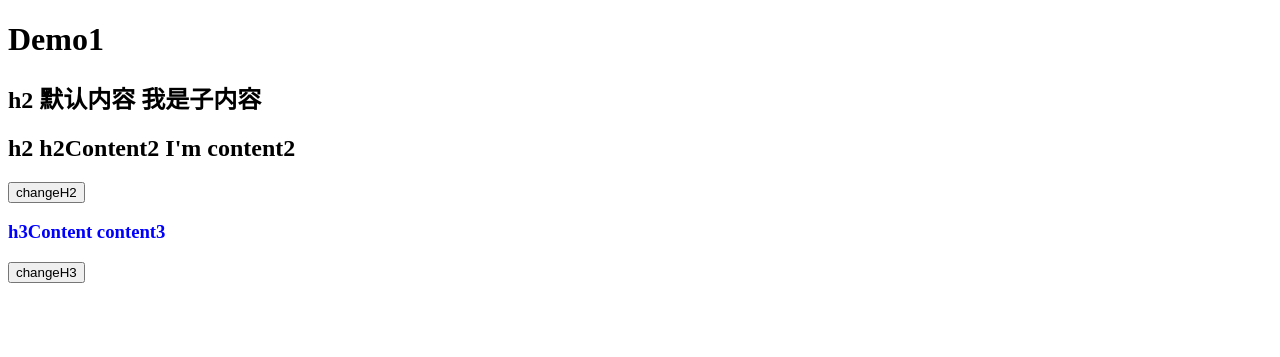
Repository: SlimShadyBaby/study-vue
Page: code/003-JavaScript/demo1.html
The author's editor kept a copy of each file at every save. The page is drawn from the files as they stood at one save, then again after the next save.
The browser window is 1280 px wide. The pictures show the whole page.
After loading, the first visible `input[onclick="changeH3();"]` was clicked once.

Above is the page before, as saved 2021-09-07 20:08:11.

### code/003-JavaScript/demo1.html
<!DOCTYPE html>
<html lang="en">
<head>
    <meta charset="UTF-8">
    <meta http-equiv="X-UA-Compatible" content="IE=edge">
    <meta name="viewport" content="width=device-width, initial-scale=1.0">
    <title>Document</title>

    <script type="text/javascript">
        function changeH2() {
            document.getElementById("h2Content").innerHTML="<span style='color:yellow;'>h1</span>改变后的内容";
            document.getElementById("h2Content2").innerText="<span style='color;yellow;'>h1</span>changed";
        }

        function changeH3() {
            document.getElementById("h3Content").style.color="blue";
            document.getElementById("h3Content").style.frontSize="30px";
        }
    </script>
</head>
<body>
    <h1>Demo1</h1>
    <h2 id="h2Content">
        h2 默认内容
        <span>我是子内容</span>
    </h2>
    <h2 id="h2Content2">
        h2 h2Content2
        <span>I'm content2</span>
    </h2>
    <input type="button" value="changeH2" onclick="changeH2();">

    <h3 id="h3Content">
        h3Content
        <span>content3</span>
    </h3>
    <input type="button" value="changeH3" onclick="changeH3();">
</body>
</html>

After the next save:
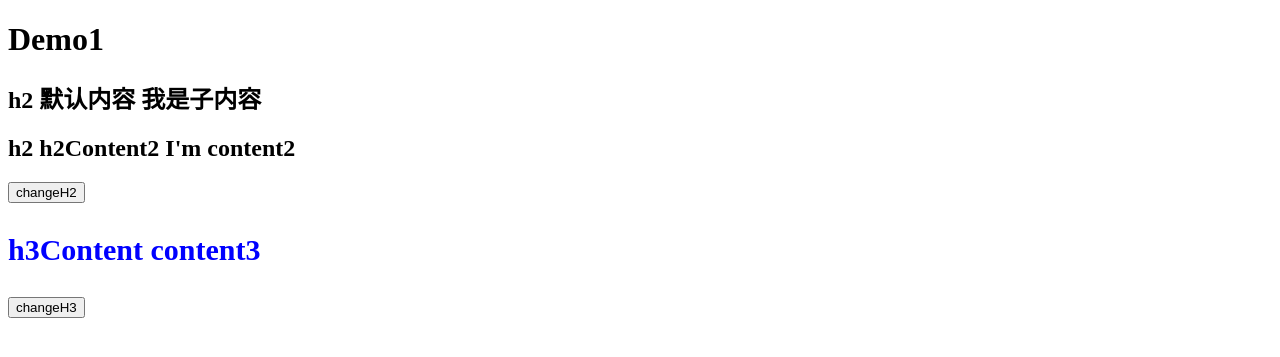
Saved 17 s later.
--- a/code/003-JavaScript/demo1.html
+++ b/code/003-JavaScript/demo1.html
@@ -14,7 +14,7 @@
 
         function changeH3() {
             document.getElementById("h3Content").style.color="blue";
-            document.getElementById("h3Content").style.frontSize="30px";
+            document.getElementById("h3Content").style.fontSize="30px";
         }
     </script>
 </head>
